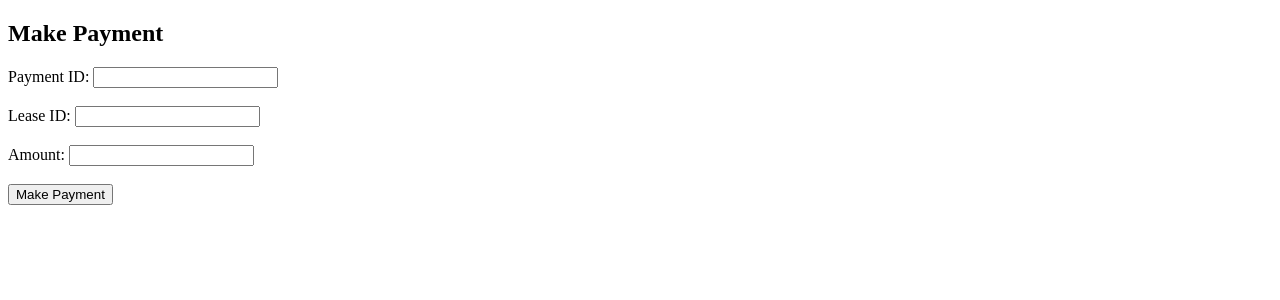
Repository: NirmalyaSatapathy/NirmalyaSatapathyProjects
Page: CarRental/CarRental/src/main/webapp/makePayment.html
The author's editor kept a copy of each file at every save. The page is drawn from the files as they stood at one save, then again after the next save.
The browser window is 1280 px wide. The pictures show the whole page.

Above is the page before, as saved 2025-05-04 19:10:00.

After the next save:
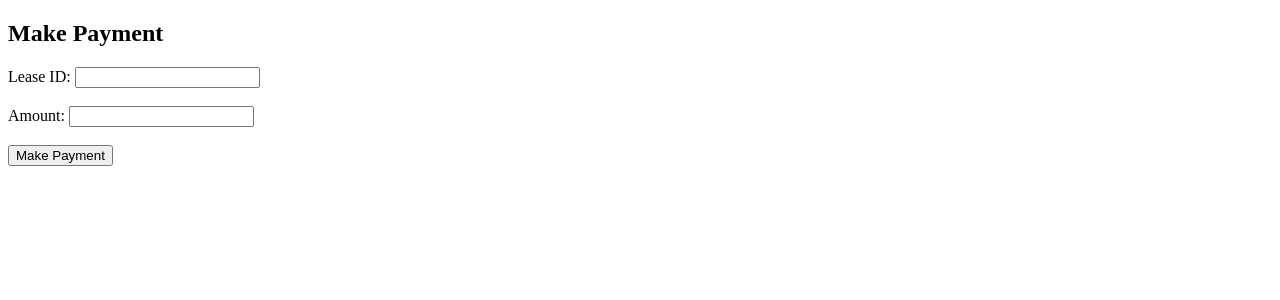
Saved 15 s later.
--- a/CarRental/CarRental/src/main/webapp/makePayment.html
+++ b/CarRental/CarRental/src/main/webapp/makePayment.html
@@ -7,8 +7,7 @@
 <body>
 <h2>Make Payment</h2>
     <form action="MakePayment" method="post">
-    	<label>Payment ID:</label>
-        <input type="number" name="paymentId" required><br><br>
+
         <label>Lease ID:</label>
         <input type="number" name="leaseId" required><br><br>
 
